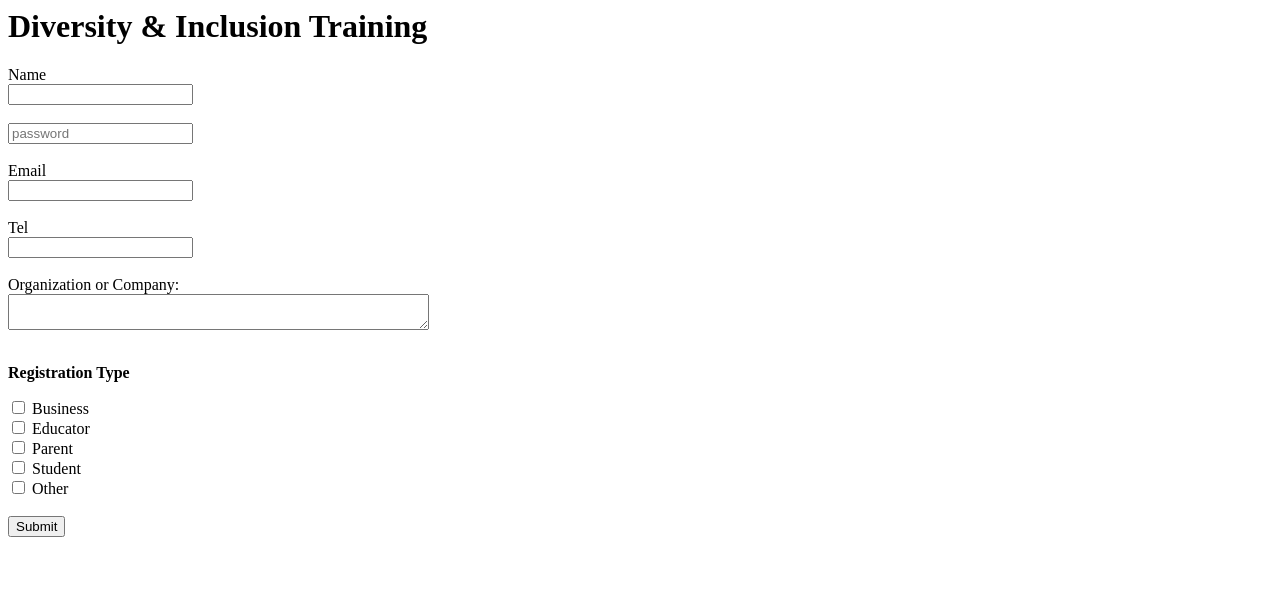
Repository: wafaa399/webDesigner-Tasks-wafaa-ahmed
Page: index.html
An editor plug-in stored every save of this project. The page is shown before and after the next save, followed by the edit.
The browser window is 1280 px wide. The pictures show the whole page.

Above is the page before, as saved 2026-07-13 22:47:19.

After the next save:
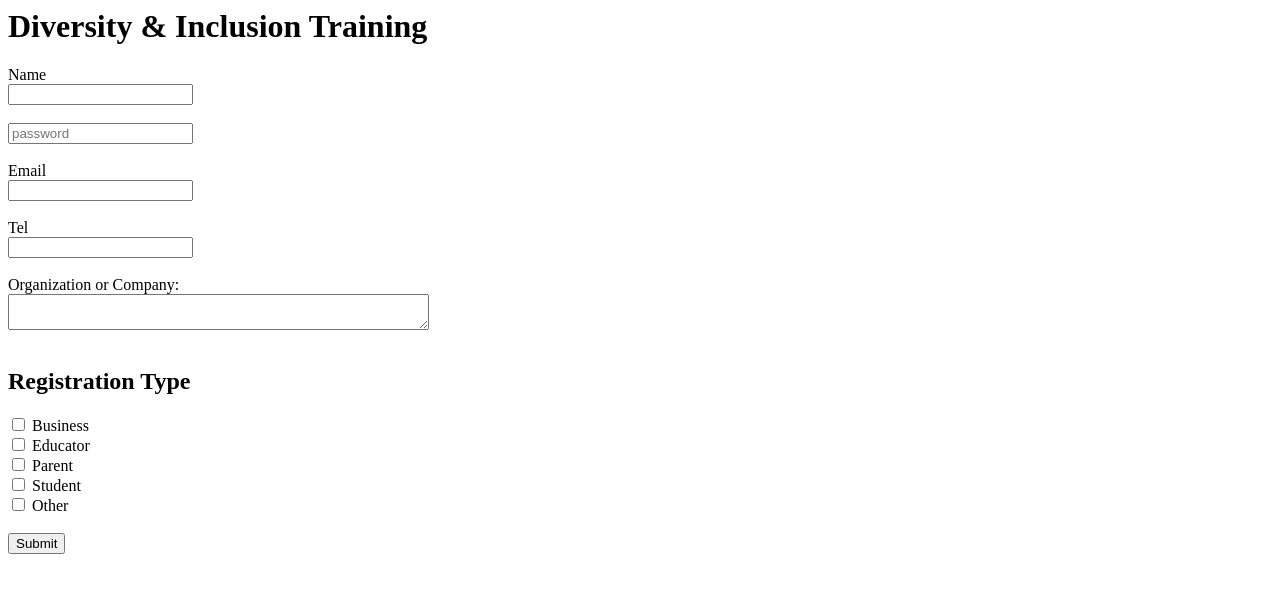
Saved 5 min 23 s later.
--- a/index.html
+++ b/index.html
@@ -33,7 +33,7 @@
       <textarea id="company" name="company" rows="2" cols="50"></textarea>
       <br /><br />
 
-      <p><strong>Registration Type</strong></p>
+      <h2><strong>Registration Type</strong></h2>
 
       <input
         type="checkbox"

After the save that followed:
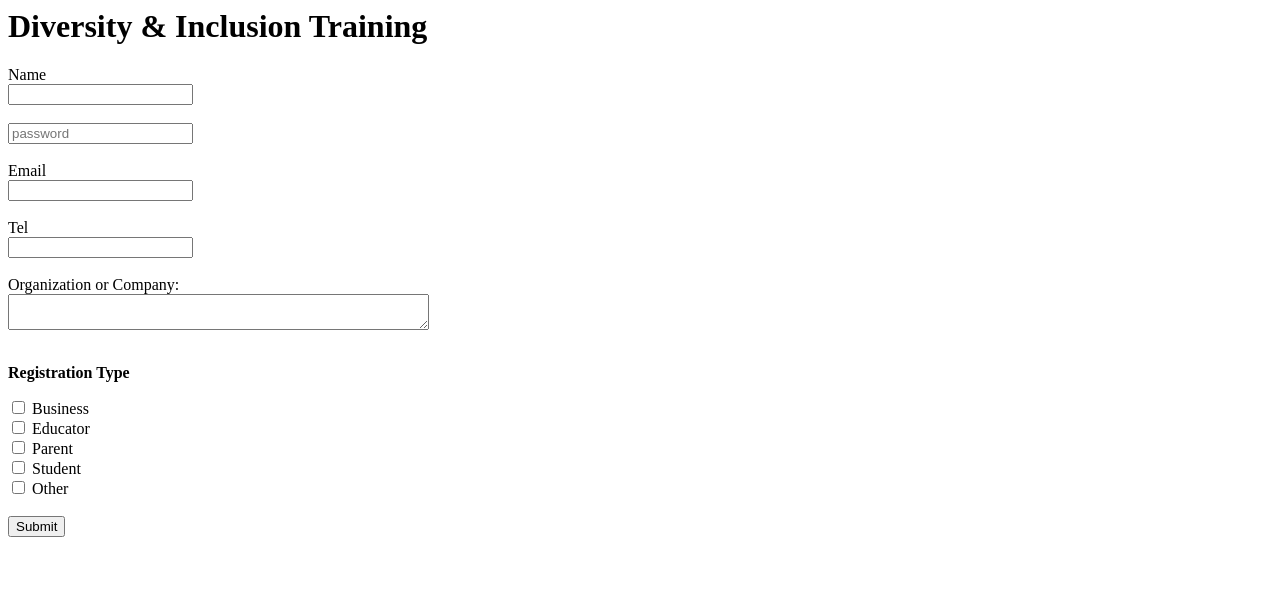
Saved 5 s later.
--- a/index.html
+++ b/index.html
@@ -33,7 +33,7 @@
       <textarea id="company" name="company" rows="2" cols="50"></textarea>
       <br /><br />
 
-      <h2><strong>Registration Type</strong></h2>
+      <p><strong>Registration Type</strong></p>
 
       <input
         type="checkbox"
